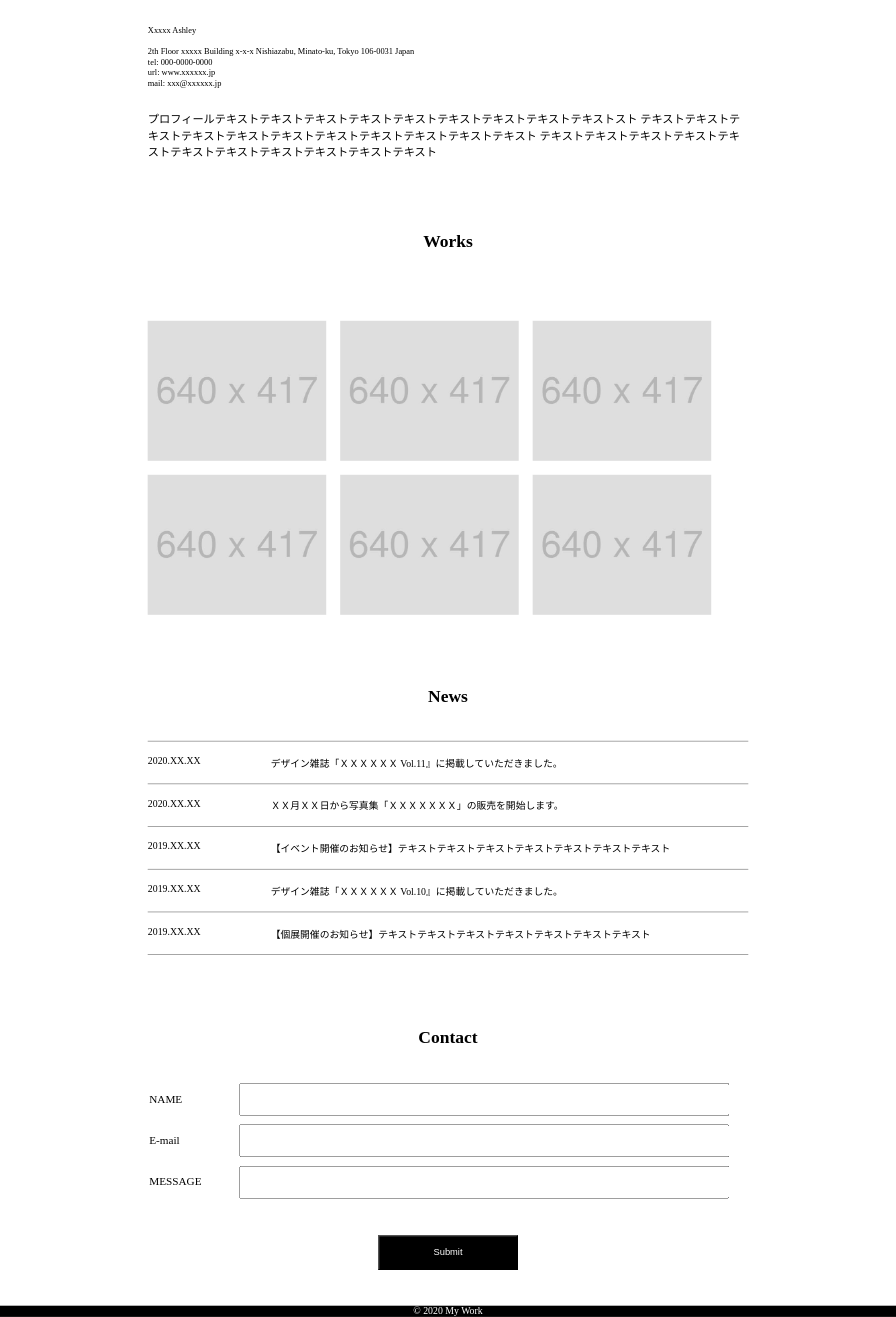
Repository: n19880405nick/challenge
Page: Codestep/My work/mywork.html
The author's editor kept a record of every edit. The page is drawn from the files as they stood at one moment, then again after the next edit.
The browser window is 1280 px wide. The pictures show the part of the page from y = 706 to 2626 px (the page is 2587 px tall before and 2626 px after), at 70% of full size.

Above is the page before.

### Codestep/My work/mywork.html
<!DOCTYPE html>
<html lang="ja">
  <head>
    <meta charset="UTF-8">
    <meta name="viewport" content="width=device-width, initial-scale=1.0">
    <title>My Work</title>
    <link rel="stylesheet" href="mywork.css">
    <link rel="shortcut icon" href="img/favicon.ico">
  </head>

  <body>
    <header>
      <a href=""><img class="logo" src="img/logo.svg"></a>
      <nav>
        <ul>
          <li><a href="#about">About</a></li>
          <li><a href="#works">Works</a></li>
          <li><a href="#news">News</a></li>
          <li><a href="#contact">Contact</a></li>
          <li><a href="https://www.instagram.com">
            <img class="icon" src="img/icon-instagram.png">
          </a></li>
        </ul>
      </nav>
    </header>

    <main>
      <div class="main-visual"></div>

      <div id="about">
        <span class="title">About</span>
        <span class="profile">
          Xxxxx Ashley<br>
          <br>
          2th Floor xxxxx Building x-x-x Nishiazabu, Minato-ku, Tokyo 106-0031 Japan<br>
          tel: 000-0000-0000<br>
          url: www.xxxxxx.jp<br>
          mail: xxx@xxxxxx.jp
        </span>
        <span class="text">
          プロフィールテキストテキストテキストテキストテキストテキストテキストテキストテキストスト
          テキストテキストテキストテキストテキストテキストテキストテキストテキストテキストテキスト
          テキストテキストテキストテキストテキストテキストテキストテキストテキストテキストテキスト
        </span>
      </div>

      <div id="works">
        <span class="title">Works</span>
        <div class="works-images">
          <div class="works-image"></div>
          <div class="works-image"></div>
          <div class="works-image"></div>
          <div class="works-image"></div>
          <div class="works-image"></div>
          <div class="works-image"></div>
        </div>
      </div>

      <div id="news">
        <span class="title">News</span>
        <div class="article">
          <span class="article-date">2020.XX.XX</span>
          <span class="article-title">デザイン雑誌「ＸＸＸＸＸＸ Vol.11』に掲載していただきました。</span>
        </div>
        <div class="article">
          <span class="article-date">2020.XX.XX</span>
          <span class="article-title">ＸＸ月ＸＸ日から写真集「ＸＸＸＸＸＸＸ」の販売を開始します。</span>
        </div>
        <div class="article">
          <span class="article-date">2019.XX.XX</span>
          <span class="article-title">【イベント開催のお知らせ】テキストテキストテキストテキストテキストテキストテキスト</span>
        </div>
        <div class="article">
          <span class="article-date">2019.XX.XX</span>
          <span class="article-title">デザイン雑誌「ＸＸＸＸＸＸ Vol.10』に掲載していただきました。</span>
        </div>
        <div class="article">
          <span class="article-date">2019.XX.XX</span>
          <span class="article-title">【個展開催のお知らせ】テキストテキストテキストテキストテキストテキストテキスト</span>
        </div>
      </div>

      <div id="contact">
        <span class="title">Contact</span>
        <table class="contact-table">
          <tbody>
            <tr>
              <td>NAME</td>
              <td>
                <input type="text" class="contact-name">
              </td>
            </tr>
            <tr>
              <td>E-mail</td>
              <td>
                <input type="email" class="contact-email">
              </td>
            </tr>
            <tr>
              <td>MESSAGE</td>
              <td>
                <input type="text" class="contact-message">
              </td>
            </tr>
          </tbody>
        </table>
        <div class="submit">
          <input type="submit" class="contact-submit" >
        </div>
      </div>

    </main>
    <footer>
      <span class="copyrights">© 2020 My Work</span>
    </footer>
  </body>
</html>

### Codestep/My work/mywork.css
*{
  margin: 0;
  padding: 0;
  box-sizing: border-box;
}

header, #about, #works, #news, #contact{
  margin: 0 auto;
  width: 960px;
  padding: 4%;
}

header{
  display: flex;
}

nav{
  margin-left: auto;
}

ul{
  display: flex;
  list-style: none;
}

li{
  margin: 0 10px;
  font-size: 15px;
}

a{
  color: black;
  text-decoration: none;
}

.icon{
  width: 20px;
  height: 20px;
}

.main-visual{
  width: 100%;
  height: 420px;
  background-image: url("img/mainvisual-pc.jpg");
  background-size: cover;
  background-position: center;
}

#about, #works, #news, #contact{
  display: flex;
  flex-direction: column;
}

.title{
  margin-bottom: 50px;
  font-size: 25px;
  font-weight: bold;
  text-align: center;
}

.profile{
  font-size: 12px;
  margin: 50px 0 30px;
}

.works-images{
  margin-top: 50px;
  display: flex;
  flex-wrap: wrap;
}

.works-image{
  width: 255px;
  height: 200px;
  background-size: cover;
  background-position: center;
}

.works-image:nth-child(1){
  background-image: url("img/works1.jpg");
}

.works-image:nth-child(2){
  margin: 0 20px;
  background-image: url("img/works2.jpg");
}

.works-image:nth-child(3){
  background-image: url("img/works3.jpg");
}

.works-image:nth-child(4){
  margin-top: 20px;
  background-image: url("img/works4.jpg");
}

.works-image:nth-child(5){
  margin: 20px 20px 0;
  background-image: url("img/works5.jpg");
}

.works-image:nth-child(6){
  margin-top: 20px;
  background-image: url("img/works6.jpg");
}

.article{
  border-top: solid 1px gray;
  padding: 20px 0;
  width: 100%;
  font-size: 14px;
  display: flex;
}

.article:nth-child(6){
  border-bottom: solid 1px gray;
}

.article-title{
  margin-left: 100px;
}

.contact-name, .contact-email, .contact-message{
  width: 700px;
  margin-left: 50px;
  padding: 10px;
  font-size: 20px;
}

.contact-email{
  margin-top: 10px;
  margin-bottom: 10px;
}

input:focus, .contact-message{
  outline-width: 0;
}

.submit{
  margin-top: 50px;
  text-align: center;
}

.contact-submit{
  width: 200px;
  height: 50px;
  background-color: black;
  color: white;
}

.contact-submit:hover{
  background-color: white;
  color: black;
  border: solid 1px black;
}

footer{
  width: 100%;
  background-color: black;
  color: white;
  display: flex;
  justify-content: center;
  align-items: center;
}

.copyrights{
  font-size: 14px;
}

After the next edit:
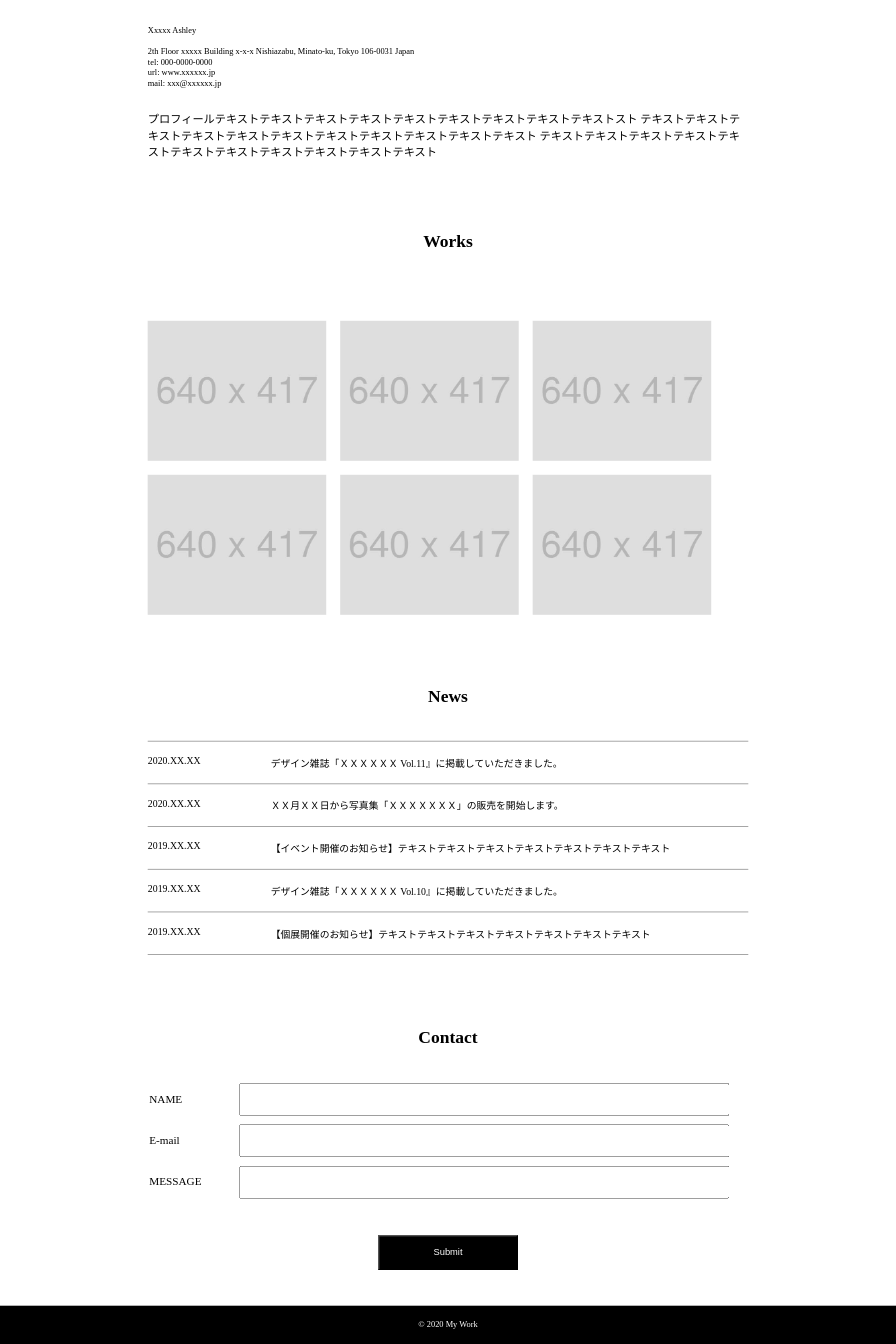
The edit:
--- a/Codestep/My work/mywork.css
+++ b/Codestep/My work/mywork.css
@@ -164,5 +164,6 @@
 }
 
 .copyrights{
-  font-size: 14px;
+  margin: 20px;
+  font-size: 12px;
 }
